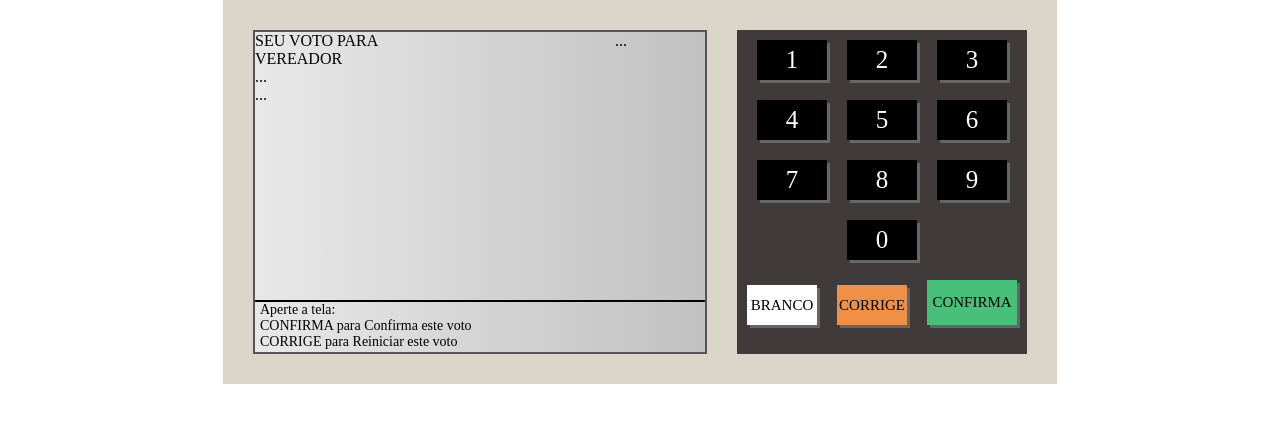
Repository: ThiagoIturra/urnaJs
Page: index.html
These files come from the project's save history. The page is drawn as it stood at one moment and after the next save; the edit follows.
The browser window is 1280 px wide. The pictures show the whole page.

Above is the page before, as saved 2022-01-05 16:39:07.

After the next save:
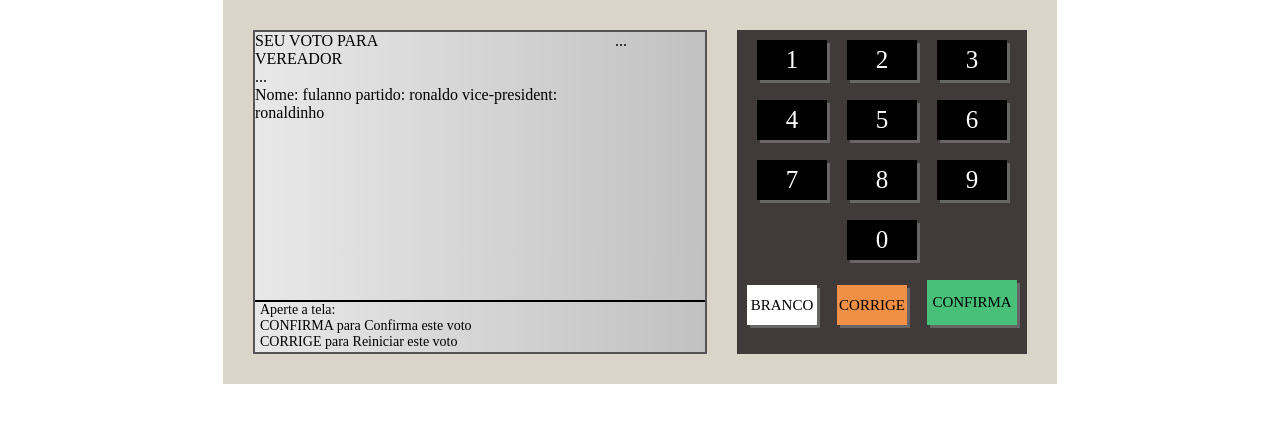
Saved 43 s later.
--- a/index.html
+++ b/index.html
@@ -21,7 +21,9 @@
                         ...
                     </div>
                     <div class="d1-4">
-                        ...
+                        Nome: fulanno
+                        partido: ronaldo
+                        vice-president: ronaldinho
                     </div>
                 </div>
                 <div class="division-right">
